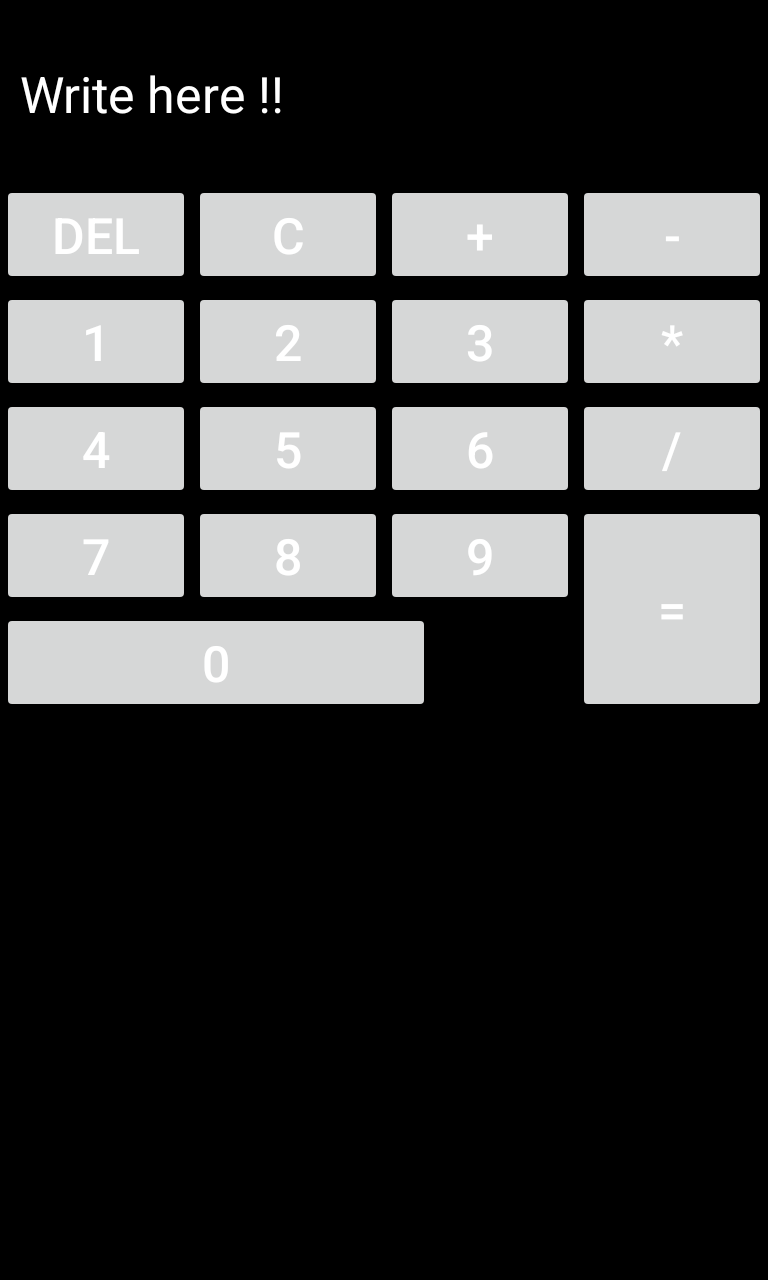
Repository: salihklc/Basic-Android
Layout: complexCalculator/res/layout/activity_main.xml
These files come from the project's save history. The layout is drawn as it stood at one moment and after the next save; the edit follows.
It is drawn on a 768 x 1280 px phone screen (xhdpi) without system bars, with theme AppTheme; the app's code is not run.

Above is the layout before, as saved 2014-10-10 14:10:06.

### complexCalculator/res/layout/activity_main.xml
<LinearLayout xmlns:android="http://schemas.android.com/apk/res/android"
    xmlns:android1="http://schemas.android.com/apk/res/android"
    android:layout_width="match_parent"
    android:layout_height="match_parent"
    android:background="#000"
    android:orientation="vertical" >

<EditText
    android:layout_marginTop="20dp"
    android:layout_marginBottom="20dp"
    android:id="@+id/display"
    android:layout_width="match_parent"
    android:layout_height="wrap_content"
    android:hint=" Write here !!"
    android:textSize="25sp"
    android:textColor="#fff"
    android:textColorHint="#fff"
    />

	<LinearLayout
	    android:layout_width="match_parent"
	    android:layout_height="wrap_content"
	    android:weightSum="100"
	    android1:orientation="horizontal" >

	    <Button
	        android:layout_weight="25"
	        android:id="@+id/DEL"
	        android:layout_height="fill_parent"
	        android:text="@string/DEL"
	        android:textColor="#fff"
	        android:textSize="25sp"
	        />
	    <Button
	        android:layout_weight="25"
	        android:id="@+id/C"
	        android:layout_height="fill_parent"
	        android:text="@string/C"
	        android:textColor="#fff"
	        android:textSize="25sp"
	        />
	    <Button
	        android:layout_weight="25"
	        android:id="@+id/add"
	        android:layout_height="fill_parent"
	        android:text="@string/add"
	        android:textColor="#fff"
	        android:textSize="25sp"
	        />
	    <Button
	        android:layout_weight="25"
	        android:id="@+id/minus"
	        android:layout_height="fill_parent"
	        android:text="@string/minus"
	        android:textColor="#fff"
	        android:textSize="25sp"
	        />

	</LinearLayout>

	<LinearLayout
	    android:layout_width="match_parent"
	    android:layout_height="wrap_content"
	    android:weightSum="100"
	    android1:orientation="horizontal" >

	    <Button
	        android:layout_weight="25"
	        android:id="@+id/one"
	        android:layout_height="fill_parent"
	        android:text="@string/one"
	        android:textColor="#fff"
	        android:textSize="25sp"
	        />
	    <Button
	        android:layout_weight="25"
	        android:id="@+id/two"
	        android:layout_height="fill_parent"
	        android:text="@string/two"
	        android:textColor="#fff"
	        android:textSize="25sp"
	        />
	    <Button
	        android:layout_weight="25"
	        android:id="@+id/three"
	        android:layout_height="fill_parent"
	        android:text="@string/three"
	        android:textColor="#fff"
	        android:textSize="25sp"
	        />
	    <Button
	        android:layout_weight="25"
	        android:id="@+id/mult"
	        android:layout_height="fill_parent"
	        android:text="@string/mult"
	        android:textColor="#fff"
	        android:textSize="25sp"
	        />

	</LinearLayout>

	<LinearLayout
	    android:layout_width="match_parent"
	    android:layout_height="wrap_content"
	    android:weightSum="100"
	    android1:baselineAligned="false"
	    android1:orientation="horizontal" >

	    <Button
	        android:layout_weight="25"
	        android:id="@+id/four"
	        android:layout_height="fill_parent"
	        android:text="@string/four"
	        android:textColor="#fff"
	        android:textSize="25sp"
	        />
	    <Button
	        android:layout_weight="25"
	        android:id="@+id/five"
	        android:layout_height="fill_parent"
	        android:text="@string/five"
	        android:textColor="#fff"
	        android:textSize="25sp"
	        />
	    <Button
	        android:layout_weight="25"
	        android:id="@+id/six"
	        android:layout_height="fill_parent"
	        android:text="@string/six"
	        android:textColor="#fff"
	        android:textSize="25sp"
	        />
	    <Button
	        android:layout_weight="25"
	        android:id="@+id/div"
	        android:layout_height="fill_parent"
	        android:text="@string/div"
	        android:textColor="#fff"
	        android:textSize="25sp"
	        />

	</LinearLayout>

	<LinearLayout
	    android:layout_width="match_parent"
	    android:layout_height="wrap_content"
	    android:baselineAligned="false"
	    android:orientation="horizontal"
	    android:weightSum="100" >

		<LinearLayout
		    android1:layout_weight="75"
		    android:layout_height="fill_parent"
		    android:orientation="vertical" >

		<LinearLayout
		    android:layout_width="match_parent"
		    android:layout_height="wrap_content"
		    android:orientation="horizontal"
		    android:weightSum="99" >

		    <Button
		        android:layout_weight="33"
		        android:id="@+id/seven"
		        android:layout_height="fill_parent"
		        android:text="@string/seven"
		        android:textColor="#fff"
		        android:textSize="25sp"
		        />
		    <Button
		        android:layout_weight="33"
		        android:id="@+id/eight"
		        android:layout_height="fill_parent"
		        android:text="@string/eight"
		        android:textColor="#fff"
		        android:textSize="25sp"
		        />
		    <Button
		        android:layout_weight="33"
		        android:id="@+id/nine"
		        android:layout_height="fill_parent"
		        android:text="@string/nine"
		        android:textColor="#fff"
		        android:textSize="25sp"
		        />


		</LinearLayout>

		<LinearLayout
		    android:layout_width="match_parent"
		    android:layout_height="wrap_content"
		    android:orientation="horizontal"
		    android:weightSum="100" >

			<Button
			    android1:id="@+id/zero"
			    android1:layout_height="fill_parent"
			    android1:layout_weight="75"
			    android1:text="@string/zero"
			    android1:textColor="#fff"
			    android1:textSize="25sp" />

			<Button
			    android1:id="@+id/dot"
			    android1:layout_height="fill_parent"
			    android1:layout_widgt="match_parent"
			    android1:text="@string/dot"
			    android1:textColor="#fff"
			    android1:textSize="25sp" />

		</LinearLayout>

	</LinearLayout>

		<LinearLayout
		    android1:layout_height="match_parent"
		    android:layout_gravity="right"
		    android:layout_weight="25"
		    android1:orientation="horizontal" >

		    <Button
		        android1:id="@+id/equ"
		        android1:layout_width="wrap_content"
		        android1:layout_height="fill_parent"
		        android1:layout_weight="5.20"
		        android1:text="@string/equ"
		        android1:textColor="#fff"
		        android1:textSize="25sp" />

		</LinearLayout>

	</LinearLayout>

</LinearLayout>

### complexCalculator/res/values/strings.xml
<?xml version="1.0" encoding="utf-8"?>
<resources>

    <string name="app_name">complexCalculator</string>
    <string name="hello_world">Hello world!</string>
    <string name="action_settings">Settings</string>
    <string name="one">1</string>
	<string name="two">2</string>
	<string name="three">3</string>
	<string name="add">+</string>
	<string name="four">4</string>
	<string name="five">5</string>
	<string name="six">6</string>
	<string name="minus">-</string>
	<string name="seven">7</string>
	<string name="eight">8</string>
	<string name="nine">9</string>
	<string name="mult">*</string>
	<string name="zero">0</string>
	<string name="equ">=</string>
	<string name="div">/</string>
	<string name="dot">,</string>
	<string name="DEL">DEL</string>
	<string name="C">C</string>
</resources>

Loaded but not shown: complexCalculator/res/values/styles.xml (common file); complexCalculator/res/values-v11/styles.xml (common file); complexCalculator/res/values-v14/styles.xml (common file)

After the next save:
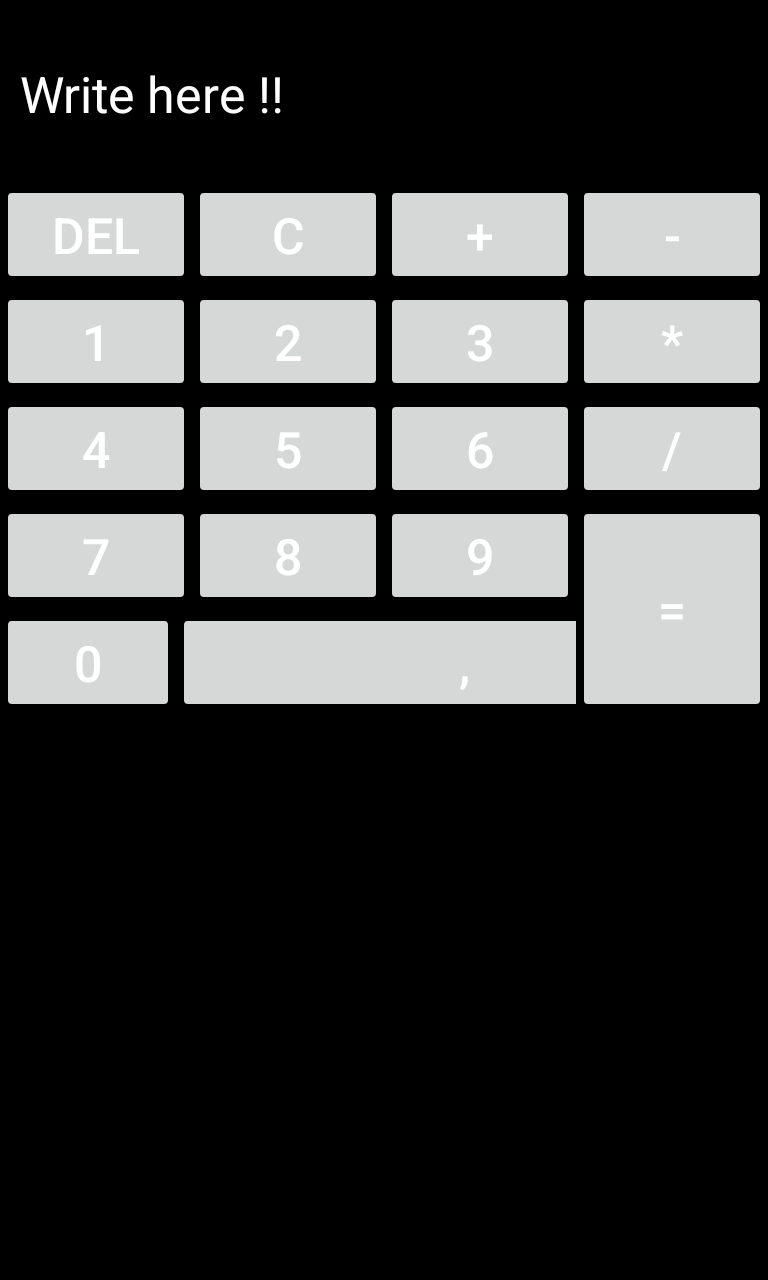
Saved 10 s later.
--- a/complexCalculator/res/layout/activity_main.xml
+++ b/complexCalculator/res/layout/activity_main.xml
@@ -204,7 +204,7 @@
 			<Button
 			    android1:id="@+id/dot"
 			    android1:layout_height="fill_parent"
-			    android1:layout_widgt="match_parent"
+			    android1:layout_width="match_parent"
 			    android1:text="@string/dot"
 			    android1:textColor="#fff"
 			    android1:textSize="25sp" />
